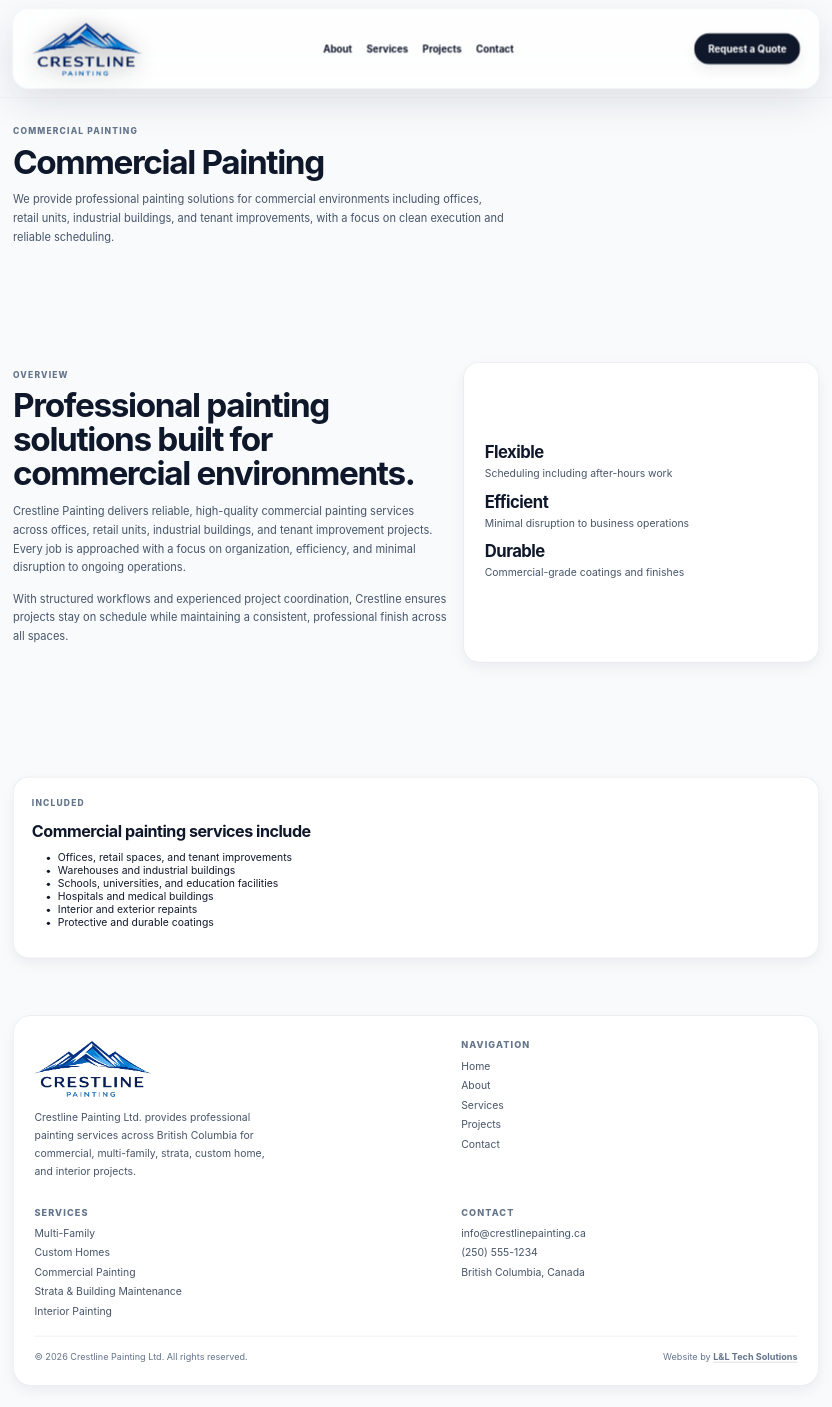
Repository: 300LBHACK3R/Crestline-Painting
Page: /services/commercial-painting
An editor plug-in stored every save of this project. The page is shown before and after the next save, followed by the edit.
The browser window is 1280 px wide. The pictures show the whole page, at 65% of full size.
The project was rebuilt for these pictures with package versions that can differ from the ones it lists, and the page was loaded fresh each time. The framework's server and built-in components were replaced by stand-ins that run in the browser. Also part of the build but not shown: next.config.ts.

Above is the page before, as saved 2026-04-20 11:45:06.

### src/app/layout.tsx
import type { Metadata } from "next";
import "./globals.css";

export const metadata: Metadata = {
  title: "Crestline Painting Ltd.",
  description:
    "Professional painting services across British Columbia for commercial, multi-family, strata, custom homes, and interior projects.",
};

export default function RootLayout({
  children,
}: Readonly<{
  children: React.ReactNode;
}>) {
  return (
    <html lang="en">
      <body>{children}</body>
    </html>
  );
}

### src/app/services/commercial-painting/page.tsx
import SiteHeader from "@/components/layout/site-header";
import SiteFooter from "@/components/layout/site-footer";
import PageHero from "@/components/shared/page-hero";
import { services } from "@/data/services";

export default function CommercialPaintingPage() {
  const service = services.find((item) => item.slug === "commercial-painting")!;

  return (
    <>
      <SiteHeader light />
      <main>
        <PageHero
          eyebrow="Commercial Painting"
          title={service.title}
          copy={service.intro}
        />

        {/* Intro Section (NEW – makes page feel complete) */}
        <section className="section">
          <div className="container">
            <div className="split-panel">
              <div className="split-panel__content">
                <div className="section-intro__eyebrow">Overview</div>

                <h2 className="section-intro__title">
                  Professional painting solutions built for commercial environments.
                </h2>

                <p className="section-intro__copy">
                  Crestline Painting delivers reliable, high-quality commercial painting
                  services across offices, retail units, industrial buildings, and
                  tenant improvement projects. Every job is approached with a focus on
                  organization, efficiency, and minimal disruption to ongoing operations.
                </p>

                <p className="section-intro__copy">
                  With structured workflows and experienced project coordination,
                  Crestline ensures projects stay on schedule while maintaining a
                  consistent, professional finish across all spaces.
                </p>
              </div>

              <div className="stats-card">
                <div className="stats-card__item">
                  <strong>Flexible</strong>
                  <span>Scheduling including after-hours work</span>
                </div>

                <div className="stats-card__item">
                  <strong>Efficient</strong>
                  <span>Minimal disruption to business operations</span>
                </div>

                <div className="stats-card__item">
                  <strong>Durable</strong>
                  <span>Commercial-grade coatings and finishes</span>
                </div>
              </div>
            </div>
          </div>
        </section>

        {/* Included Services */}
        <section className="section">
          <div className="container">
            <div className="card">
              <div className="card__eyebrow">Included</div>

              <h3 className="card__title">
                Commercial painting services include
              </h3>

              <ul className="simple-list">
                {service.bullets.map((item) => (
                  <li key={item}>{item}</li>
                ))}
              </ul>
            </div>
          </div>
        </section>
      </main>
      <SiteFooter />
    </>
  );
}

### src/app/globals.css
:root {
  --background: #f8fafc;
  --surface: #ffffff;
  --surface-soft: #f1f5f9;
  --text: #0f172a;
  --text-soft: #475569;
  --line: rgba(15, 23, 42, 0.08);
  --line-strong: rgba(15, 23, 42, 0.14);
  --brand: #0f172a;
  --brand-2: #1e293b;
  --white: #ffffff;
  --radius-lg: 24px;
  --radius-md: 18px;
  --radius-sm: 14px;
  --shadow-lg: 0 20px 60px rgba(15, 23, 42, 0.12);
  --shadow-md: 0 16px 34px rgba(15, 23, 42, 0.08);
  --shadow-sm: 0 8px 20px rgba(15, 23, 42, 0.06);
  --container: 1240px;
}

*,
*::before,
*::after {
  box-sizing: border-box;
}

html {
  scroll-behavior: smooth;
}

body {
  margin: 0;
  background: var(--background);
  color: var(--text);
  font-family:
    Inter,
    ui-sans-serif,
    system-ui,
    -apple-system,
    BlinkMacSystemFont,
    "Segoe UI",
    sans-serif;
  text-rendering: optimizeLegibility;
}

img {
  max-width: 100%;
}

a {
  color: inherit;
  text-decoration: none;
}

button,
input,
select,
textarea {
  font: inherit;
}

main {
  display: block;
}

.container {
  width: min(calc(100% - 32px), var(--container));
  margin-inline: auto;
}

.section {
  padding: 88px 0;
}

.section--soft {
  background: var(--surface-soft);
}

.section__actions {
  display: flex;
  gap: 16px;
  justify-content: flex-start;
  margin-top: 28px;
  flex-wrap: wrap;
}

/* Header */

.site-header {
  position: absolute;
  inset: 0 0 auto 0;
  z-index: 50;
  padding: 22px 0 0;
}

.site-header--light {
  position: fixed;
  background: linear-gradient(to bottom, rgba(248, 250, 252, 0.92), rgba(248, 250, 252, 0.72));
  backdrop-filter: blur(16px);
  border-bottom: 1px solid rgba(15, 23, 42, 0.04);
  padding: 14px 0;
}

.site-header__shell {
  display: grid;
  grid-template-columns: auto 1fr auto;
  align-items: center;
  gap: 24px;
  padding: 18px 28px;
  border-radius: 24px;
  background: rgba(15, 23, 42, 0.78);
  border: 1px solid rgba(255, 255, 255, 0.1);
  backdrop-filter: blur(14px);
  box-shadow: 0 16px 38px rgba(15, 23, 42, 0.28);
}

.site-header--light .site-header__shell {
  background: rgba(255, 255, 255, 0.82);
  border: 1px solid rgba(255, 255, 255, 0.88);
  backdrop-filter: blur(18px);
  box-shadow: var(--shadow-lg);
}

.site-header__brand {
  display: inline-flex;
  align-items: center;
}

.site-header__logo {
  height: 72px;
  width: auto;
  max-width: none;
  object-fit: contain;
  display: block;
  filter: drop-shadow(0 4px 16px rgba(0, 0, 0, 0.42));
}

.site-header__nav {
  display: flex;
  justify-content: center;
  align-items: center;
  gap: 22px;
  flex-wrap: wrap;
}

.site-header__link {
  color: rgba(255, 255, 255, 0.98);
  font-size: 15px;
  font-weight: 700;
  text-shadow: 0 1px 10px rgba(0, 0, 0, 0.28);
  transition: opacity 0.2s ease, color 0.2s ease, transform 0.2s ease;
}

.site-header--light .site-header__link {
  color: var(--text);
  text-shadow: none;
}

.site-header__link:hover {
  transform: translateY(-1px);
  opacity: 0.88;
}

.site-header__cta {
  display: inline-flex;
  align-items: center;
  justify-content: center;
  min-height: 48px;
  padding: 0 20px;
  border-radius: 999px;
  background: var(--brand);
  color: var(--white);
  font-size: 15px;
  font-weight: 700;
  border: 1px solid transparent;
  box-shadow: var(--shadow-sm);
  transition: transform 0.22s ease, opacity 0.22s ease, box-shadow 0.22s ease;
  cursor: pointer;
}

.site-header__cta:hover {
  transform: translateY(-2px);
  opacity: 0.96;
  box-shadow: var(--shadow-md);
}

.site-header__cta:disabled {
  opacity: 0.7;
  cursor: not-allowed;
}

/* Hero */

.home-hero {
  position: relative;
  min-height: 92vh;
  display: flex;
  align-items: center;
  overflow: hidden;
}

.home-hero__photo {
  position: absolute;
  inset: 0;
  background-repeat: no-repeat;
  background-size: cover;
  background-position: center center;
  z-index: 0;
}

.home-hero__overlay {
  position: absolute;
  inset: 0;
  background: linear-gradient(
    90deg,
    rgba(15, 23, 42, 0.75) 0%,
    rgba(15, 23, 42, 0.45) 40%,
    rgba(15, 23, 42, 0.2) 100%
  );
  z-index: 1;
}

.home-hero__content {
  position: relative;
  z-index: 2;
  max-width: 720px;
  min-height: auto;
  padding: 190px 0 96px;
  gap: 20px;
}

.home-hero__eyebrow,
.page-hero__eyebrow,
.section-intro__eyebrow,
.card__eyebrow {
  display: inline-flex;
  font-size: 13px;
  font-weight: 800;
  line-height: 1;
  letter-spacing: 0.14em;
  text-transform: uppercase;
}

.home-hero__eyebrow {
  color: rgba(255, 255, 255, 0.86);
  margin-bottom: 18px;
}

.home-hero__title {
  margin: 0;
  color: #fff;
  font-size: clamp(40px, 5vw, 64px);
  line-height: 1.05;
  letter-spacing: -0.02em;
  max-width: 12ch;
}

.home-hero__copy {
  margin: 18px 0 0;
  color: rgba(255, 255, 255, 0.92);
  font-size: 16px;
  line-height: 1.72;
  opacity: 0.9;
  max-width: 560px;
}

.home-hero__actions {
  display: flex;
  gap: 16px;
  margin-top: 28px;
  flex-wrap: wrap;
}

/* Page hero */

.page-hero {
  padding: 190px 0 72px;
}

.page-hero__inner {
  max-width: 920px;
}

.page-hero__eyebrow,
.section-intro__eyebrow,
.card__eyebrow {
  color: #64748b;
  margin-bottom: 14px;
}

.page-hero__title,
.section-intro__title {
  margin: 0;
  color: var(--text);
  font-size: clamp(2.2rem, 4vw, 3.8rem);
  line-height: 1.02;
  letter-spacing: -0.04em;
}

.page-hero__copy,
.section-intro__copy,
.card__copy,
.site-footer__copy {
  line-height: 1.72;
}

.page-hero__copy {
  max-width: 760px;
  margin-top: 18px;
  color: var(--text-soft);
  font-size: 17px;
}

/* Generic */

.section-intro {
  max-width: 860px;
  margin-bottom: 32px;
}

.section-intro__copy {
  margin-top: 18px;
  color: var(--text-soft);
  font-size: 17px;
  max-width: 760px;
}

.text-link {
  display: inline-flex;
  align-items: center;
  font-weight: 700;
  color: var(--brand);
  transition: opacity 0.2s ease, transform 0.2s ease;
}

.text-link:hover {
  opacity: 0.82;
  transform: translateY(-1px);
}

.text-link--light {
  color: #fff;
}

.card-grid {
  display: grid;
  grid-template-columns: repeat(2, minmax(0, 1fr));
  gap: 24px;
}

.card-grid--three {
  grid-template-columns: repeat(3, minmax(0, 1fr));
}

.card,
.project-card,
.stats-card,
.form-panel,
.cta-panel,
.media-panel,
.service-media-wrap {
  background: var(--surface);
  border: 1px solid var(--line);
  border-radius: var(--radius-lg);
  box-shadow: var(--shadow-sm);
  transition: transform 0.22s ease, box-shadow 0.22s ease;
}

.card:hover,
.project-card:hover {
  transform: translateY(-4px);
  box-shadow: 0 28px 60px rgba(15, 23, 42, 0.12);
}

.card {
  padding: 28px;
}

.card__title {
  margin: 10px 0 0;
  font-size: 1.55rem;
  line-height: 1.08;
  letter-spacing: -0.03em;
}

.card__copy {
  margin: 14px 0 0;
  color: var(--text-soft);
}

.card__link {
  display: inline-flex;
  align-items: center;
  margin-top: 22px;
  font-weight: 800;
  color: var(--brand);
  transition: opacity 0.2s ease, transform 0.2s ease;
}

.card__link:hover {
  opacity: 0.8;
  transform: translateY(-1px);
}

.card__meta {
  margin-top: 14px;
  color: #64748b;
  font-size: 14px;
  font-weight: 700;
}

/* Panels */

.split-panel,
.cta-panel,
.site-footer__grid,
.form-grid {
  display: grid;
  grid-template-columns: 1.1fr 0.9fr;
  gap: 24px;
}

.split-panel--service {
  align-items: stretch;
}

.split-panel__content {
  padding: 8px 0;
}

.stats-card {
  padding: 32px;
  display: grid;
  gap: 18px;
  align-content: center;
}

.stats-card__item {
  display: grid;
  gap: 6px;
}

.stats-card__item strong {
  font-size: 1.6rem;
  line-height: 1;
  letter-spacing: -0.03em;
}

.stats-card__item span {
  color: var(--text-soft);
  line-height: 1.65;
}

.media-panel {
  min-height: 480px;
  background-repeat: no-repeat;
  background-size: cover;
  background-position: center center;
  border-radius: var(--radius-lg);
  border: 1px solid var(--line);
  box-shadow: var(--shadow-sm);
}

.service-media-wrap {
  min-height: 480px;
  overflow: hidden;
}

.service-media {
  display: block;
  width: 100%;
  height: 100%;
  min-height: 480px;
  object-fit: cover;
}

.project-card {
  overflow: hidden;
}

.project-card__image {
  height: 300px;
  background-repeat: no-repeat;
  background-size: cover;
  background-position: center center;
}

.project-card__body {
  padding: 28px;
}

/* Lists */

.feature-list {
  margin: 24px 0 0;
  padding-left: 20px;
  color: var(--text-soft);
  display: grid;
  gap: 10px;
  line-height: 1.7;
}

/* CTA */

.cta-panel {
  padding: 32px;
  align-items: center;
}

.cta-panel__content {
  max-width: 760px;
}

.cta-panel__actions {
  display: flex;
  flex-wrap: wrap;
  gap: 14px;
  align-items: center;
  justify-content: flex-start;
}

/* Forms */

.form-grid {
  align-items: start;
}

.form-panel {
  padding: 28px;
}

.form-grid__two {
  display: grid;
  grid-template-columns: repeat(2, minmax(0, 1fr));
  gap: 18px;
}

.field {
  display: grid;
  gap: 8px;
  margin-bottom: 18px;
}

.field span {
  font-size: 14px;
  font-weight: 700;
  color: var(--text);
}

.field input,
.field select,
.field textarea {
  width: 100%;
  border: 1px solid var(--line-strong);
  border-radius: 14px;
  background: #fff;
  color: var(--text);
  padding: 14px 16px;
  outline: none;
  transition: border-color 0.2s ease, box-shadow 0.2s ease;
}

.field input:focus,
.field select:focus,
.field textarea:focus {
  border-color: rgba(15, 23, 42, 0.35);
  box-shadow: 0 0 0 4px rgba(15, 23, 42, 0.06);
}

.form-status {
  margin-top: 16px;
  font-weight: 700;
}

.form-status--success {
  color: #166534;
}

.form-status--error {
  color: #b91c1c;
}

.contact-info-list {
  display: grid;
  gap: 18px;
  margin-top: 26px;
}

.contact-info-list__item {
  display: grid;
  gap: 6px;
}

.contact-info-list__item strong {
  font-size: 14px;
  color: var(--text);
}

.contact-info-list__item a,
.contact-info-list__item span {
  color: var(--text-soft);
}

/* Footer */

.site-footer {
  padding: 0 0 32px;
}

.site-footer__shell {
  padding: 36px 32px;
  border-radius: 28px;
  background: var(--surface);
  border: 1px solid var(--line);
  box-shadow: var(--shadow-sm);
}

.site-footer__grid {
  align-items: start;
}

.site-footer__logo {
  width: 180px;
  height: auto;
  display: block;
  margin-bottom: 18px;
}

.site-footer__heading {
  font-size: 14px;
  font-weight: 800;
  letter-spacing: 0.12em;
  text-transform: uppercase;
  color: #64748b;
  margin-bottom: 14px;
}

.site-footer__links {
  display: grid;
  gap: 10px;
  color: var(--text-soft);
}

.site-footer__copy {
  color: var(--text-soft);
  max-width: 360px;
}

.site-footer__bottom {
  margin-top: 28px;
  padding-top: 22px;
  border-top: 1px solid var(--line);
  display: flex;
  justify-content: space-between;
  gap: 18px;
  flex-wrap: wrap;
  color: #64748b;
  font-size: 14px;
}

.site-footer__credit {
  font-weight: 700;
  text-decoration: none;
  border-bottom: 1px solid rgba(15, 23, 42, 0.18);
}

.site-footer__credit:hover {
  opacity: 0.8;
}

/* Responsive */

@media (min-width: 1024px) {
  .site-header__logo {
    height: 84px;
  }
}

@media (max-width: 1180px) {
  .split-panel,
  .cta-panel,
  .site-footer__grid,
  .form-grid {
    grid-template-columns: 1fr;
  }
}

@media (max-width: 1024px) {
  .site-header__nav {
    gap: 16px;
  }
}

@media (max-width: 860px) {
  .section {
    padding: 56px 0;
  }

  .page-hero {
    padding: 156px 0 56px;
  }

  .card-grid,
  .form-grid__two,
  .card-grid--three {
    grid-template-columns: 1fr;
  }

  .form-panel,
  .cta-panel,
  .site-footer__shell,
  .stats-card,
  .project-card__body {
    padding: 22px;
  }

  .home-hero__content {
    padding: 164px 0 56px;
  }

  .project-card__image {
    height: 220px;
  }

  .media-panel {
    min-height: 320px;
  }

  .service-media-wrap,
  .service-media {
    min-height: 320px;
  }

  .media-panel--about {
    min-height: 420px;
    background-position: center center;
  }
}

@media (max-width: 768px) {
  .site-header__logo {
    height: 64px;
  }

  .site-header__shell {
    grid-template-columns: 1fr;
    justify-items: start;
    gap: 16px;
    padding: 16px 20px;
  }

  .site-header__nav {
    justify-content: flex-start;
    gap: 16px;
  }

  .site-footer__bottom {
    flex-direction: column;
  }
}

### src/components/layout/site-header.tsx
import Link from "next/link";

type SiteHeaderProps = {
  light?: boolean;
};

const navItems = [
  { href: "/about", label: "About" },
  { href: "/services", label: "Services" },
  { href: "/projects", label: "Projects" },
  { href: "/contact", label: "Contact" },
];

export default function SiteHeader({ light = false }: SiteHeaderProps) {
  return (
    <header className={`site-header ${light ? "site-header--light" : ""}`}>
      <div className="container">
        <div className="site-header__shell">
          <Link
            href="/"
            className="site-header__brand"
            aria-label="Go to Crestline Painting homepage"
          >
            <img
              src="/images/branding/logo.png"
              alt="Crestline Painting logo"
              className="site-header__logo"
              loading="eager"
              decoding="async"
            />
          </Link>

          <nav className="site-header__nav" aria-label="Primary navigation">
            {navItems.map((item) => (
              <Link key={item.href} href={item.href} className="site-header__link">
                {item.label}
              </Link>
            ))}
          </nav>

          <Link
            href="/contact"
            className="site-header__cta"
            aria-label="Request a quote from Crestline Painting"
          >
            Request a Quote
          </Link>
        </div>
      </div>
    </header>
  );
}

### src/components/layout/site-footer.tsx
import Link from "next/link";

export default function SiteFooter() {
  return (
    <footer className="site-footer">
      <div className="container">
        <div className="site-footer__shell">
          <div className="site-footer__grid">
            <div>
              <img
                src="/images/branding/logo.png"
                alt="Crestline Painting logo"
                className="site-footer__logo"
              />
              <p className="site-footer__copy">
                Crestline Painting Ltd. provides professional painting services across
                British Columbia for commercial, multi-family, strata, custom home,
                and interior projects.
              </p>
            </div>

            <div>
              <div className="site-footer__heading">Navigation</div>
              <div className="site-footer__links">
                <Link href="/">Home</Link>
                <Link href="/about">About</Link>
                <Link href="/services">Services</Link>
                <Link href="/projects">Projects</Link>
                <Link href="/contact">Contact</Link>
              </div>
            </div>

            <div>
              <div className="site-footer__heading">Services</div>
              <div className="site-footer__links">
                <Link href="/services/multi-family">Multi-Family</Link>
                <Link href="/services/custom-homes">Custom Homes</Link>
                <Link href="/services/commercial-painting">Commercial Painting</Link>
                <Link href="/services/strata-building-maintenance">
                  Strata &amp; Building Maintenance
                </Link>
                <Link href="/services/interior-painting">Interior Painting</Link>
              </div>
            </div>

            <div>
              <div className="site-footer__heading">Contact</div>
              <div className="site-footer__links">
                <a href="mailto:info@crestlinepainting.ca">info@crestlinepainting.ca</a>
                <a href="tel:+12505551234">(250) 555-1234</a>
                <span>British Columbia, Canada</span>
              </div>
            </div>
          </div>

          <div className="site-footer__bottom">
            <span>© {new Date().getFullYear()} Crestline Painting Ltd. All rights reserved.</span>
            <span>
              Website by{" "}
              <a
                href="https://landltechsolutions.ca"
                target="_blank"
                rel="noreferrer"
                className="site-footer__credit"
              >
                L&amp;L Tech Solutions
              </a>
            </span>
          </div>
        </div>
      </div>
    </footer>
  );
}

### src/components/shared/page-hero.tsx
type PageHeroProps = {
  eyebrow: string;
  title: string;
  copy: string;
};

export default function PageHero({ eyebrow, title, copy }: PageHeroProps) {
  return (
    <section className="page-hero">
      <div className="container">
        <div className="page-hero__inner">
          <div className="page-hero__eyebrow">{eyebrow}</div>
          <h1 className="page-hero__title">{title}</h1>
          <p className="page-hero__copy">{copy}</p>
        </div>
      </div>
    </section>
  );
}

Loaded but not shown: src/data/services.ts (97 lines, source omitted)

After the next save:
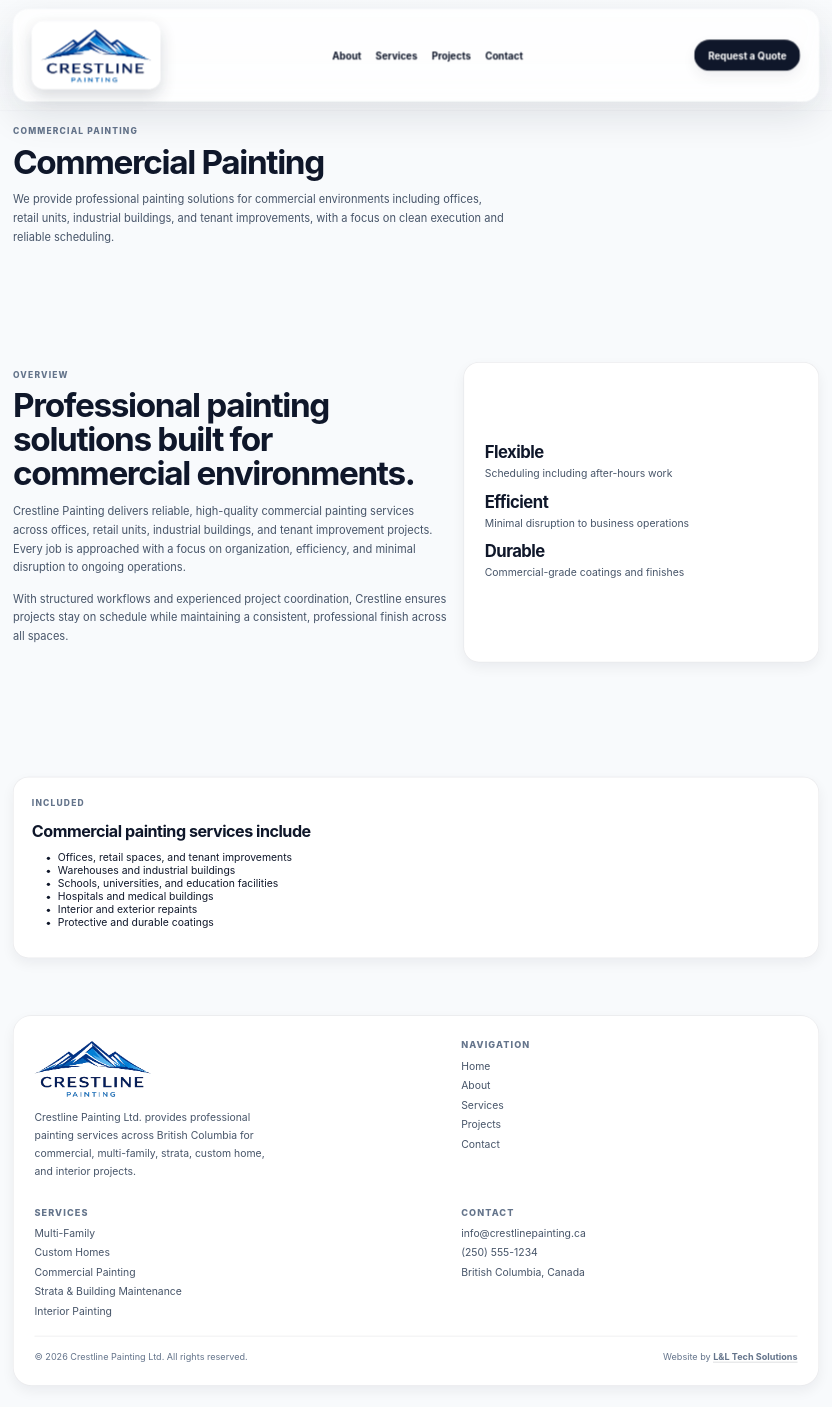
Saved 51 s later.
--- a/src/app/globals.css
+++ b/src/app/globals.css
@@ -124,17 +124,20 @@
 .site-header__brand {
   display: inline-flex;
   align-items: center;
+  padding: 10px 14px;
+  border-radius: 18px;
+  background: rgba(255, 255, 255, 0.94);
+  box-shadow: 0 10px 24px rgba(15, 23, 42, 0.16);
 }
 
 .site-header__logo {
-  height: 72px;
+  height: 82px;
   width: auto;
   max-width: none;
   object-fit: contain;
   display: block;
-  filter: drop-shadow(0 4px 16px rgba(0, 0, 0, 0.42));
-}
-
+  filter: none;
+}
 .site-header__nav {
   display: flex;
   justify-content: center;
